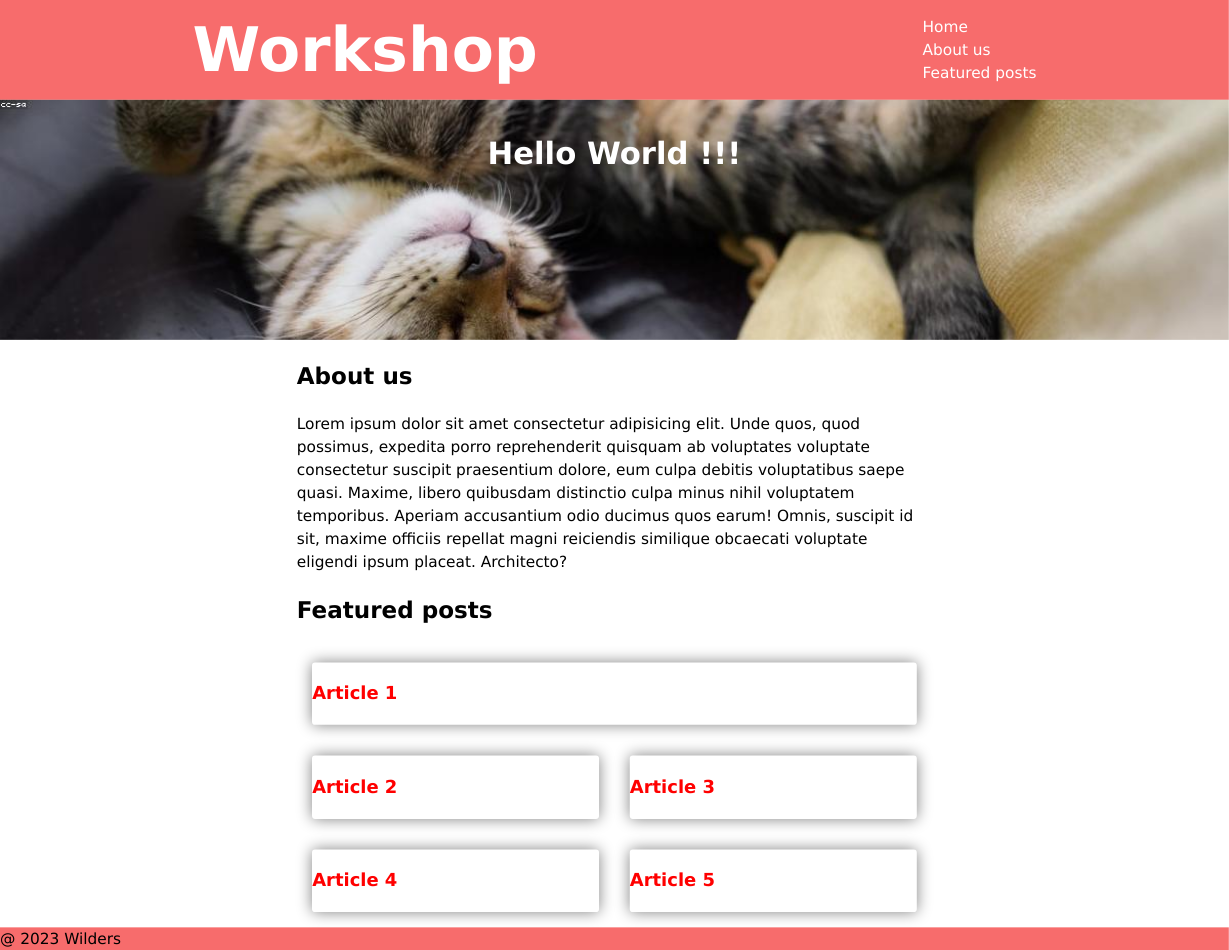
Repository: PPaillard/cssresponsive
Page: index.html
An editor plug-in stored every save of this project. The page is shown before and after the next save, followed by the edit.
The browser window is 1280 px wide. The pictures show the whole page, at 96% of full size.

Above is the page before, as saved 2023-03-03 14:46:02.

### index.html
<!DOCTYPE html>
<html lang="en">
  <head>
    <meta charset="UTF-8" />
    <meta http-equiv="X-UA-Compatible" content="IE=edge" />
    <meta name="viewport" content="width=device-width, initial-scale=1.0" />
    <title>Document</title>
    <link rel="stylesheet" href="style.css" />
  </head>
  <body>
    <nav>
      <h2>Workshop</h2>
      <ul>
        <li><a href="#home">Home</a></li>
        <li><a href="#aboutus">About us</a></li>
        <li><a href="#featuredposts">Featured posts</a></li>
      </ul>
    </nav>
    <header>
      <h1>Hello World !!!</h1>
    </header>
    <main>
      <section>
        <h2>About us</h2>
        <p>
          Lorem ipsum dolor sit amet consectetur adipisicing elit. Unde quos,
          quod possimus, expedita porro reprehenderit quisquam ab voluptates
          voluptate consectetur suscipit praesentium dolore, eum culpa debitis
          voluptatibus saepe quasi. Maxime, libero quibusdam distinctio culpa
          minus nihil voluptatem temporibus. Aperiam accusantium odio ducimus
          quos earum! Omnis, suscipit id sit, maxime officiis repellat magni
          reiciendis similique obcaecati voluptate eligendi ipsum placeat.
          Architecto?
        </p>
      </section>
      <section id="featured-posts">
        <h2>Featured posts</h2>
        <div>
          <article><h1>Article 1</h1></article>
          <article><h1>Article 2</h1></article>
          <article><h1>Article 3</h1></article>
          <article><h1>Article 4</h1></article>
          <article><h1>Article 5</h1></article>
        </div>
      </section>
    </main>
    <footer>@ 2023 Wilders</footer>
  </body>
</html>

### style.css
* {
  box-sizing: border-box;
}

body {
  margin: 0;
  line-height: 1.5;
  font-family: Verdana, Geneva, Tahoma, sans-serif;
}

/* Navigation */
nav {
  display: flex;
  justify-content: space-around;
  align-items: center;
  background-color: #f76c6c;
  color: #ffffff;
}

nav > h2 {
  margin: 0;
  font-size: clamp(2rem, 5vw, 4rem);
}

nav ul {
  margin: 0;
  padding: 1rem 0;
}

nav ul li {
  list-style: none;
}

nav ul li a {
  color: white;
  text-decoration: none;
}
/* fin de navigation */
/* header */

header {
  min-height: 250px;
  text-align: center;
  background-image: url("65535_52214085447_ec2bf04bd7_h_1200_300_nofilter.jpg");
  background-repeat: no-repeat;
  background-size: cover;
}
header h1 {
  color: white;
  margin: 0;
  padding-top: 2rem;
}

section {
  margin: 0 auto;
  max-width: 65ch;
}

section article {
  display: inline-block;
  color: red;
  margin: 1rem;
  border-radius: 0.2rem;
  box-shadow: 0 0 1rem grey;
}

#featured-posts > div {
  display: grid;
  grid-template-columns: 1fr 1fr;
}

#featured-posts > div > article:first-of-type {
  grid-column: 1/3;
}

footer {
  background-color: #f76c6c;
}

After the next save:
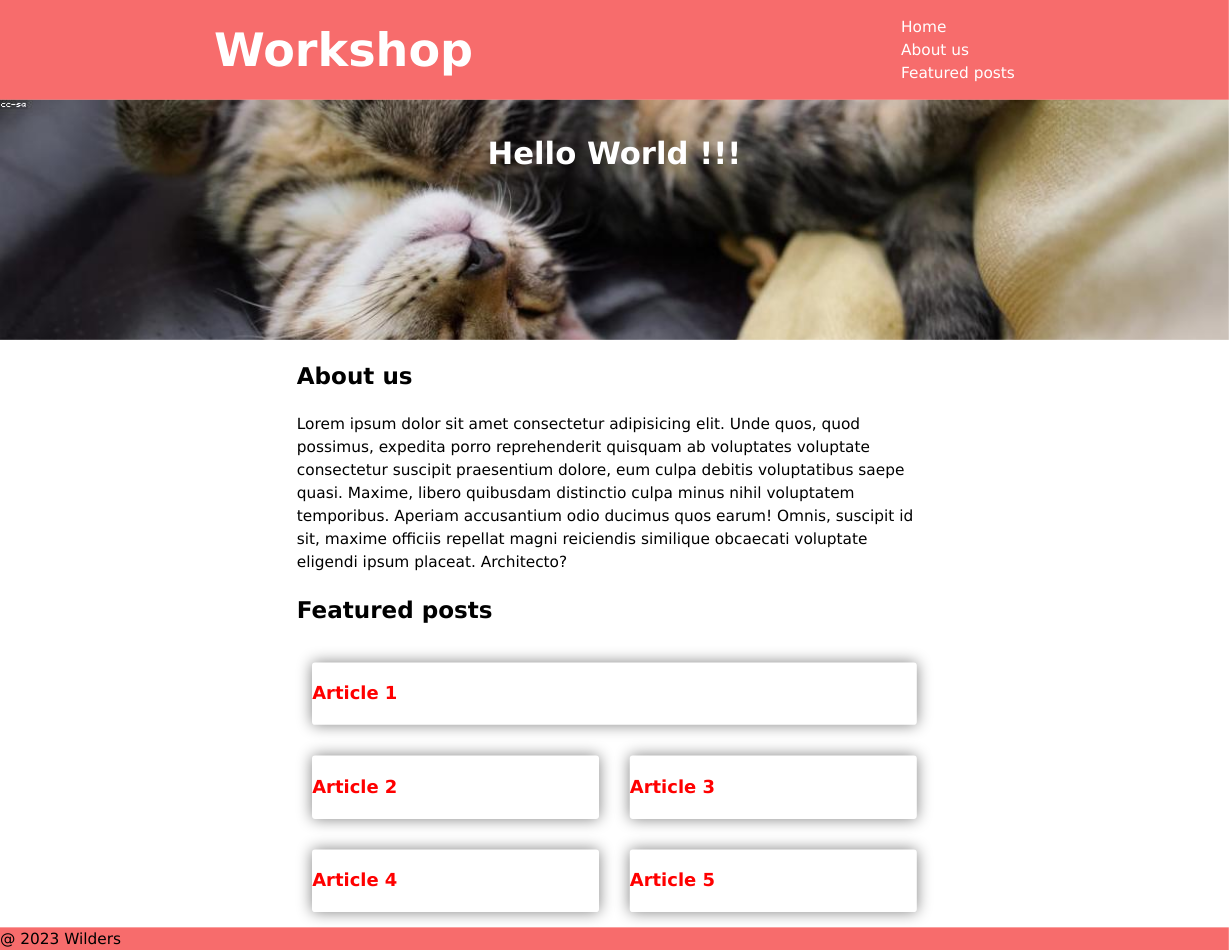
Saved 25 s later.
--- a/style.css
+++ b/style.css
@@ -19,7 +19,7 @@ nav {
 
 nav > h2 {
   margin: 0;
-  font-size: clamp(2rem, 5vw, 4rem);
+  font-size: clamp(2rem, 5vw, 3rem);
 }
 
 nav ul {
